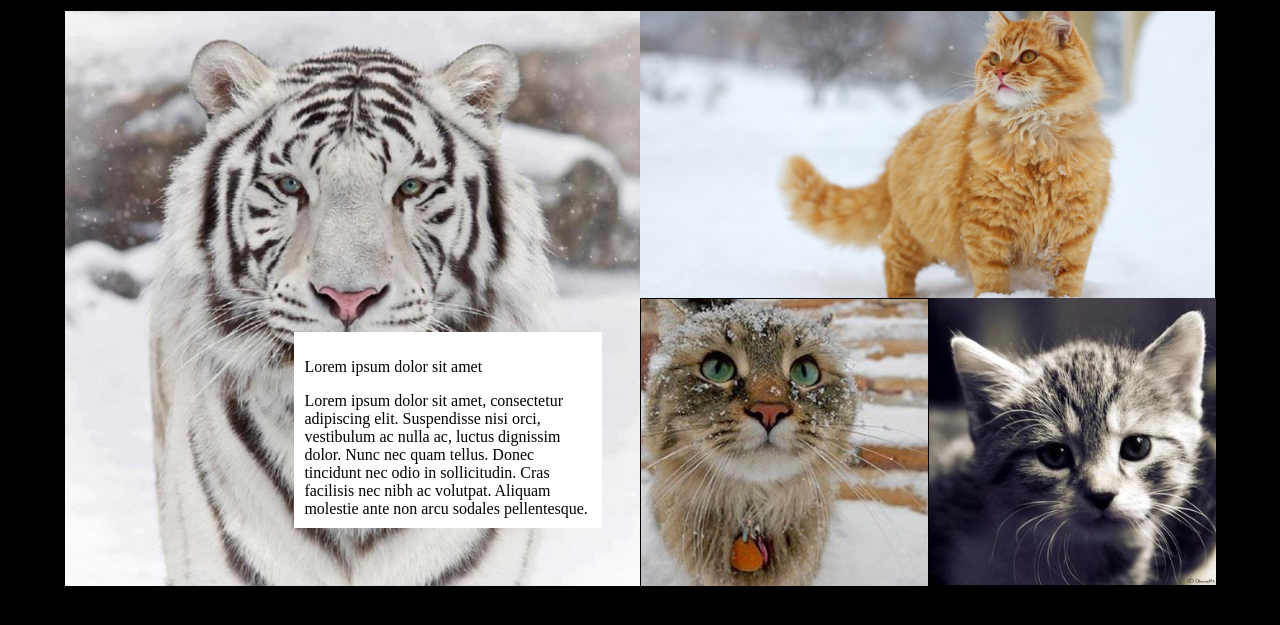
Repository: niebezsensu/Info-Folder
Page: index.html
The author's editor kept a record of every edit. The page is drawn from the files as they stood at one moment, then again after the next edit.
The browser window is 1280 px wide. The pictures show the whole page.

Above is the page before.

After the next edit:
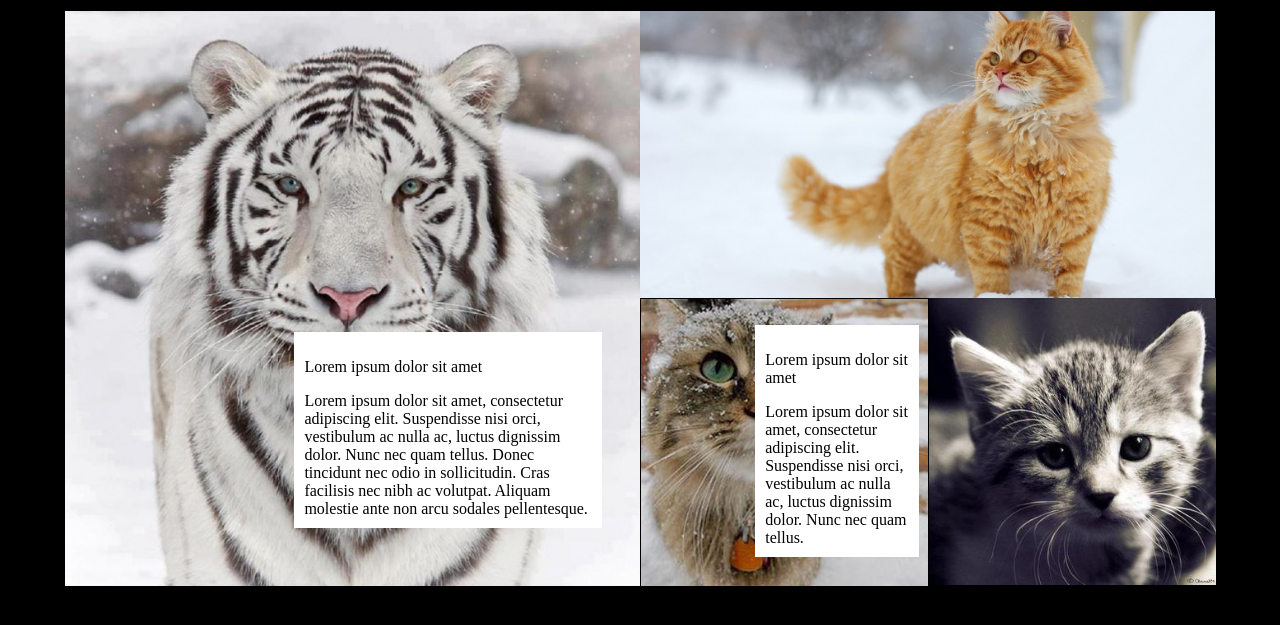
The edit:
--- a/css/folder.css
+++ b/css/folder.css
@@ -170,6 +170,16 @@
     opacity: 0.3;
 }
 
+.fourth-spot .content{
+
+    position: absolute;
+    width: 50%;
+    bottom: 10%;
+    left: 40%;
+    background-color: white;
+    padding: 10px;
+}
+
 .hidden div{
     opacity: 0.5;
 }
